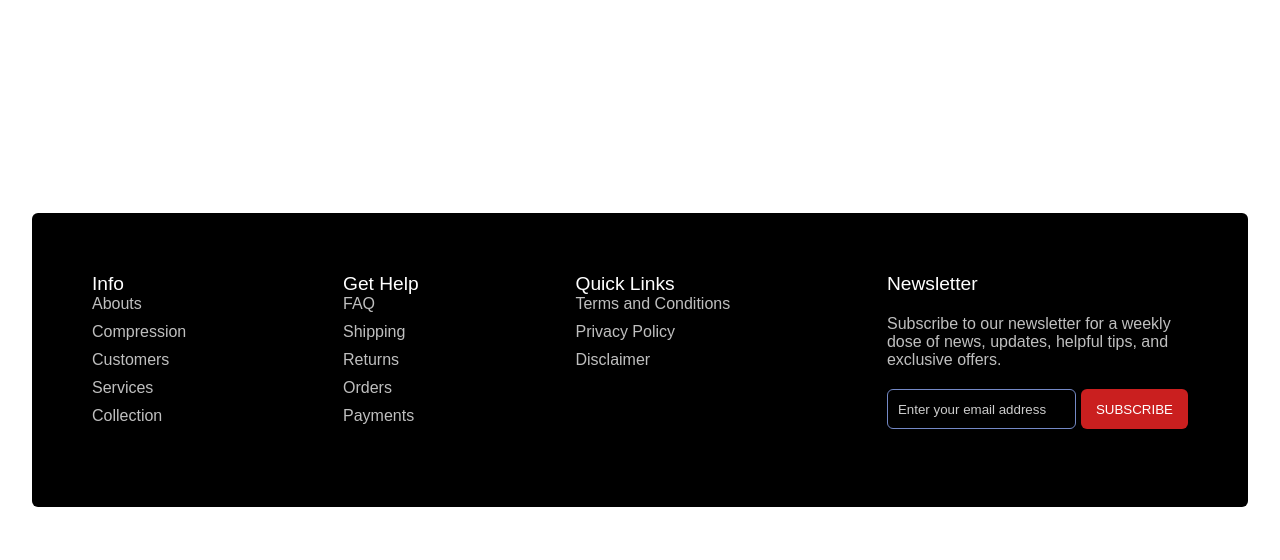
Repository: syni18/responsive_footer
Page: index.html
An editor plug-in stored every save of this project. The page is shown before and after a run of saves, followed by the edit.
The browser window is 1280 px wide. The pictures show the whole page.
Some web libraries are served in a nearby version.

Above is the page before, as saved 2023-11-03 17:22:34.

After the next 15 saves:
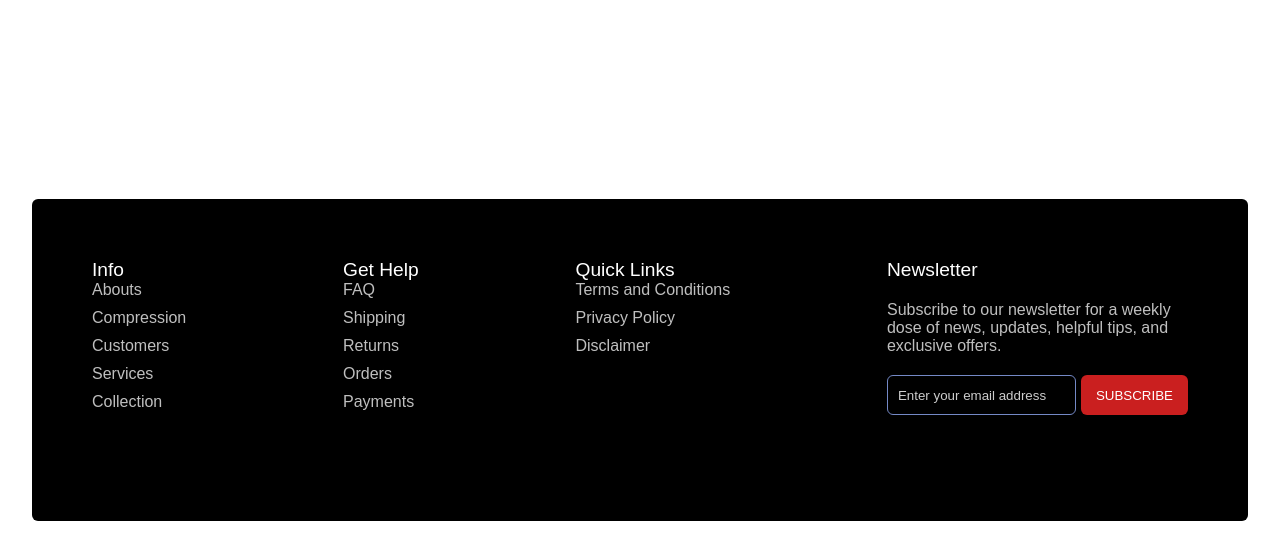
The 15 saves are shown as one change because they came seconds apart.
The last was saved 34 s later.
--- a/style.css
+++ b/style.css
@@ -72,5 +72,10 @@
     transition: 0.2s ease;
 }
 .footer-col form button:hover{
-    background: #;
+    background: #cecccc;
 }
+.footer-col .icons {
+    display: flex;
+    margin-top: 30px;
+    g
+}
